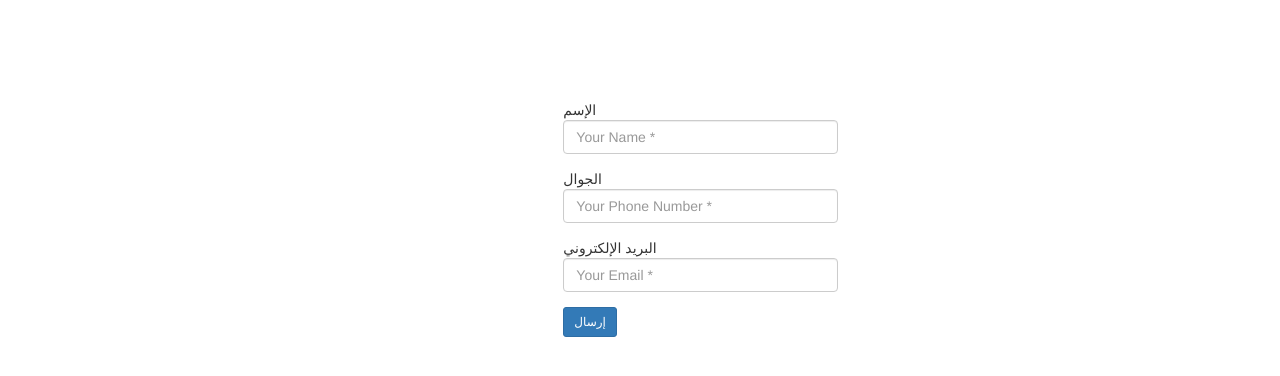
Repository: Abdaljawad-Aya/Itbeep-task
Page: http://localhost/form-user
An editor plug-in stored every save of this project. The page is shown before and after the next save, followed by the edit.
The browser window is 1280 px wide. The pictures show the whole page.
The page is served by the project's Laravel application, run on PHP 8.4 with Laravel 8. Other server files are loaded and not shown.

Above is the page before, as saved 2021-03-07 17:19:39.

### singlePageApp/routes/web.php
<?php

use Illuminate\Support\Facades\Route;

/*
|--------------------------------------------------------------------------
| Web Routes
|--------------------------------------------------------------------------
|
| Here is where you can register web routes for your application. These
| routes are loaded by the RouteServiceProvider within a group which
| contains the "web" middleware group. Now create something great!
|
*/

Route::get('/', function () {
    return view('welcome');
});

Route::get('form-user', 'formController@form');
Route::post('form-user', ['as' => 'users.store', 'uses' => 'formController@formSaveData']);

### singlePageApp/app/Http/Controllers/formController.php
<?php

namespace App\Http\Controllers;

use Illuminate\Support\Facades\Mail;

use Illuminate\Http\Request;
use App\Mail\formUser;
use App\form;

class formController extends Controller
{
    /**
     * Show the application
     *
     * @return \Illuminatey\Http\Response
     */

    public function form()
    {
        return view('form-user');
    }

    /**
     * Show the application
     *
     * @return \Illuminatey\Http\Response
     */

    public function formSaveData(Request $request)

    {
        $this->validate($request, [
            'name'   => 'required',
            'email'  => 'required|email',
            'mobile' => 'required',
        ]);

        form::create($request->all());
        Mail::send(
            'form-user',
            array(
                'name'   => $request->get('name'),
                'mobile' => $request->get('mobile'),
                'email'  => $request->get('email'),
            ),
            function ($message) use ($request) {
                $message->from('abdaljawad.ayah94@gmail.com');
                $message->to($request->email, 'Admin')->subject($request->get('subject'));
            }
        );
        return back()->with('success', 'Thanks for contact us!');
    }
}

### singlePageApp/resources/views/form-user.blade.php
<!DOCTYPE html>
<html lang="en">
<head>
    <meta charset="UTF-8">
    <meta name="viewport" content="width=device-width, initial-scale=1.0">
    <meta http-equiv="X-UA-Compatible" content="ie=edge">
    <link rel="stylesheet" href="https://maxcdn.bootstrapcdn.com/bootstrap/3.4.1/css/bootstrap.min.css">

    <script src="https://ajax.googleapis.com/ajax/libs/jquery/3.5.1/jquery.min.js"></script>

    <script src="https://maxcdn.bootstrapcdn.com/bootstrap/3.4.1/js/bootstrap.min.js"></script>
    <link rel="stylesheet" href="../views/css/style.css">
    <title>Form</title>
</head>
<body>
   <div class="container contact-form col-lg-6 col-md-offset-5" style="margin-top:100px;">
     @if (session('status'))
       <div class="alert alert-success">
           {{ session('status')}}
       </div>
    @endif
    @if (session('warning'))
    <div class="alert alert-warning">
        {{session('warning')}}
    </div>
    @endif

    <form method="POST" action ="{{ route('users.store')}}">
     {{ csrf_field()}}

     <div class="col-md-6">

        {{-- NAME --}}
         <div class="form-group {{ $errors->has('name') ? ' has-error' : '' }}">
                الإسم
            <input type="text" name="name" class="form-control" placeholder="Your Name *" required/>
             @if ($errors->has('name'))
                 <span class="help-block">
                     <strong>
                         {{ $errors->first('name')}}
                     </strong>
                 </span>
             @endif
         </div>


        {{-- MOBILE --}}

        <div class="form-group" {{$errors->has('mobile') ? 'has-error' : ''}}>
            الجوال
         <input type="text" name="mobile" class="form-control" placeholder="Your Phone Number *" required/>

         @if ($errors->has('mobile'))
             <span class="help-block">
                 <strong>
                     {{ $errors->first('mobile')}}
                 </strong>
             </span>
         @endif
        </div>
         {{-- EMAIL --}}
         <div class="form-group" {{$errors->has('email') ? 'has-error' : ''}}>
            البريد الإلكتروني
          <input type="email" name="email" class="form-control" placeholder="Your Email *" required />

            @if ($errors->has('email'))
            <span class="help-block">
                <strong>
                    {{ $errors->first('email')}}
                </strong>
            </span>
            @endif
        </div>

        <div class="form-group">

            <input type="submit" name="btnSubmit" class="btn btn-primary btn-square btn-sm" value="إرسال">
        </div>
     </div>
    </form>
</div>
</body>
</html>

Loaded but not shown: singlePageApp/app/Http/Controllers/Controller.php (common file)

After the next save:
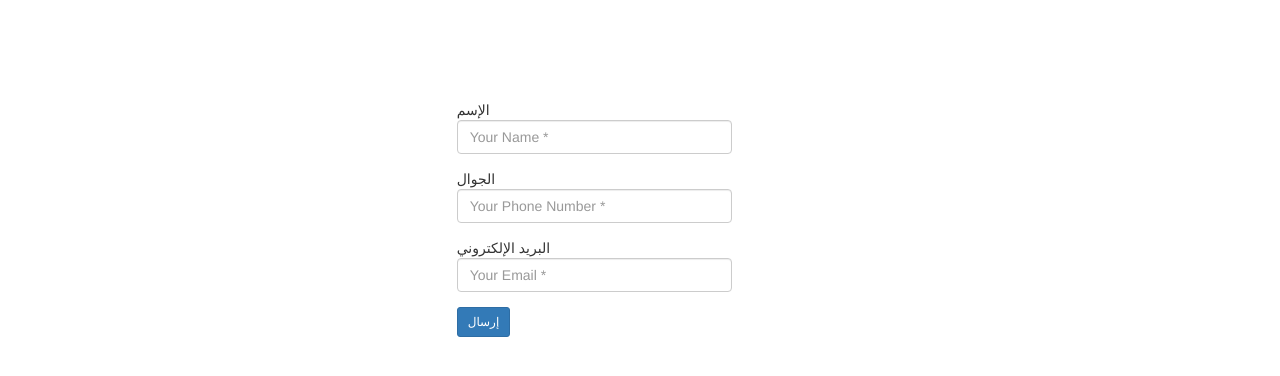
Saved 9 s later.
--- a/singlePageApp/resources/views/form-user.blade.php
+++ b/singlePageApp/resources/views/form-user.blade.php
@@ -13,7 +13,7 @@
     <title>Form</title>
 </head>
 <body>
-   <div class="container contact-form col-lg-6 col-md-offset-5" style="margin-top:100px;">
+   <div class="container contact-form col-lg-6 col-md-offset-4" style="margin-top:100px;">
      @if (session('status'))
        <div class="alert alert-success">
            {{ session('status')}}
